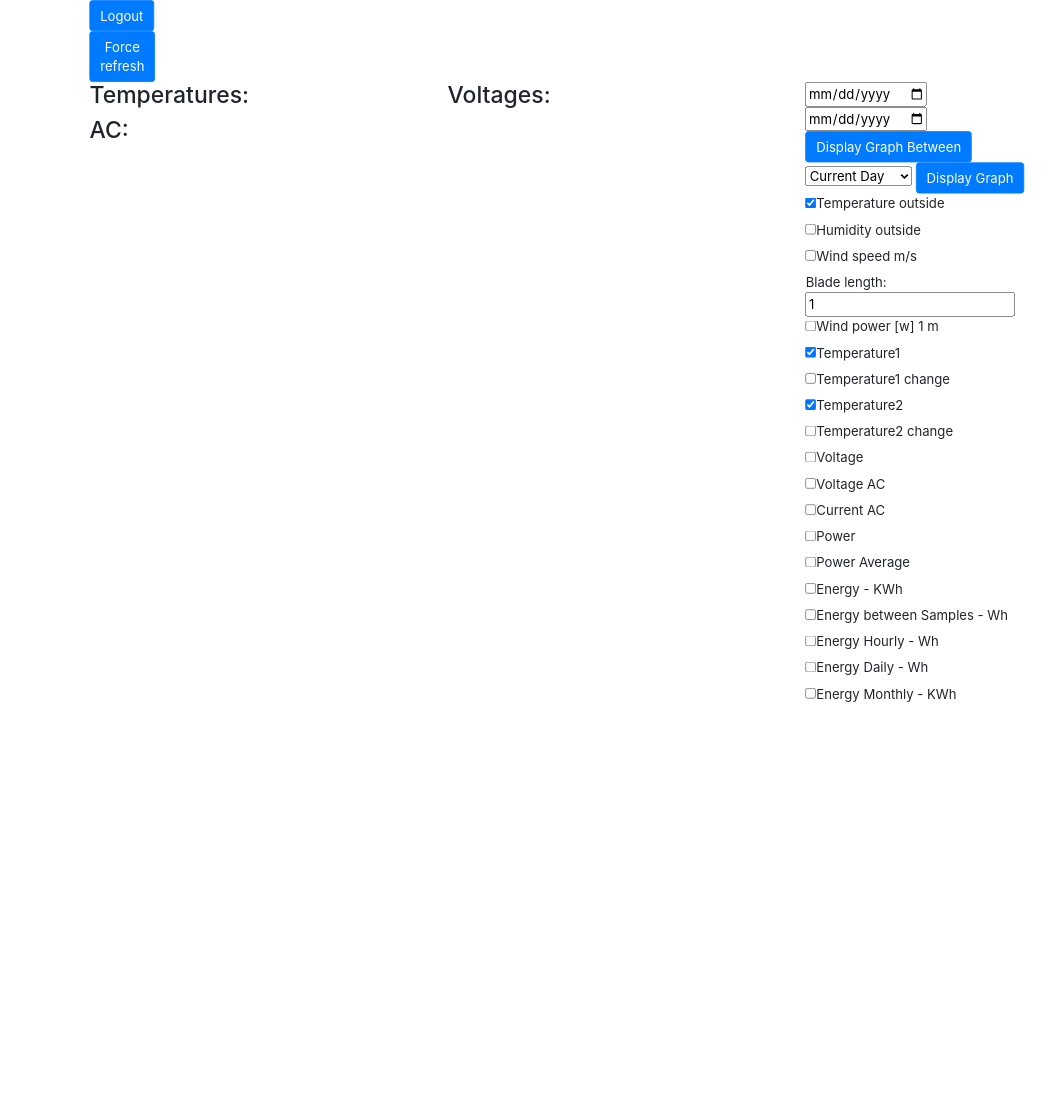
Repository: duicul/flaskRaspberryApp
Page: flask_pydev/templates/home_measure.html
An editor plug-in stored every save of this project. The page is shown before and after the next save, followed by the edit.
The browser window is 1280 px wide. The page is 1295 px wide, so the pictures cover 1295 px, including what lies to the right of the window. The pictures show the whole page, at 82% of full size.
The page's requests for data from a server got no answer.

Above is the page before, as saved 2021-06-24 07:50:23.

After the next save:
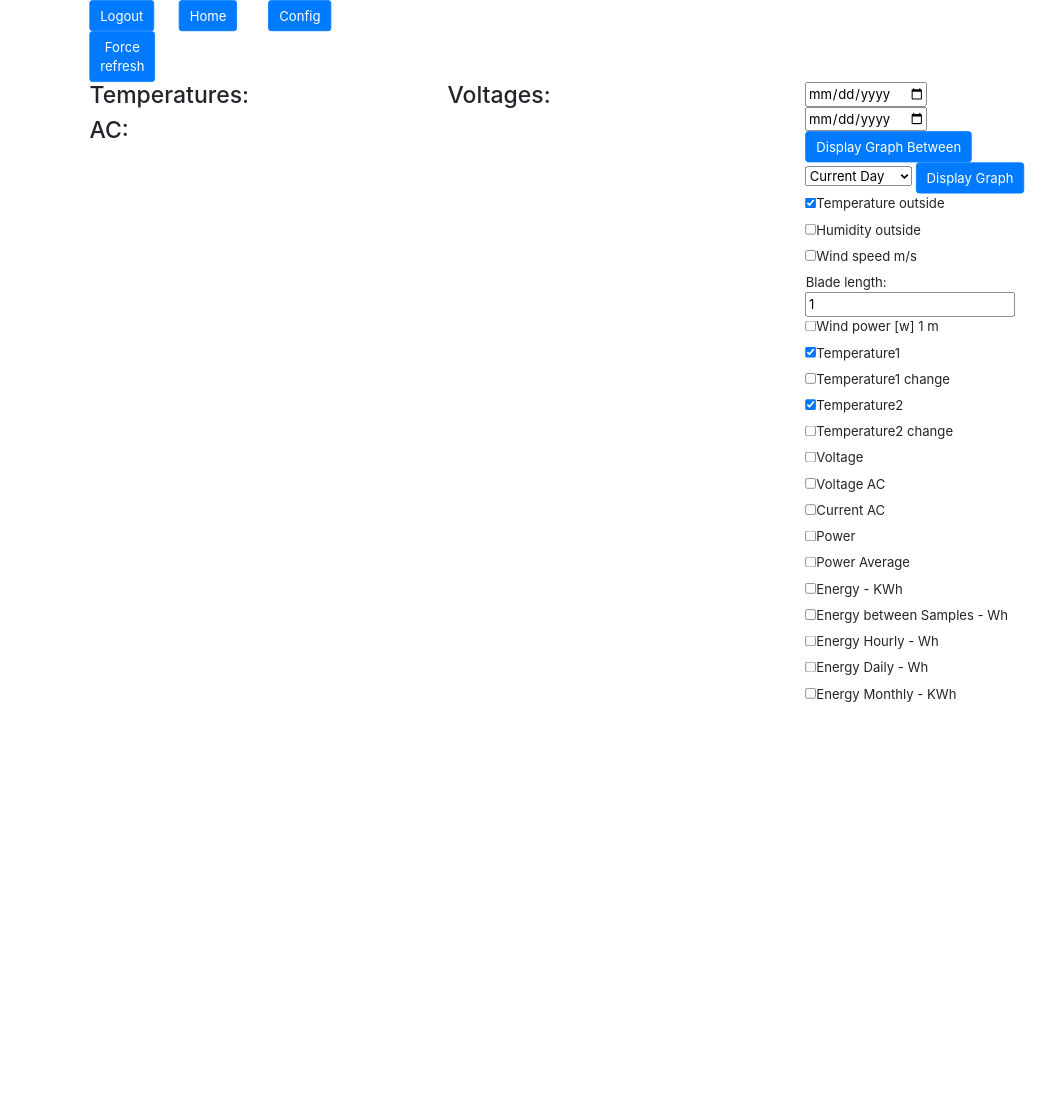
Saved 2 min 23 s later.
--- a/flask_pydev/templates/home_measure.html
+++ b/flask_pydev/templates/home_measure.html
@@ -29,7 +29,13 @@ background-color:rgb(100,120,180);
     <div class="col-md-1">
         <a class="btn btn-primary" href="/logout">Logout</a>
     </div>
-    <div class="col-md-10" >
+    <div class="col-md-1">
+        <a class="btn btn-primary" href="/home_station">Home</a>
+    </div>
+    <div class="col-md-1">
+        <a class="btn btn-primary" href="/home_station/config">Config</a>
+    </div>
+    <div class="col-md-8" >
     </div>
 </div>
 
